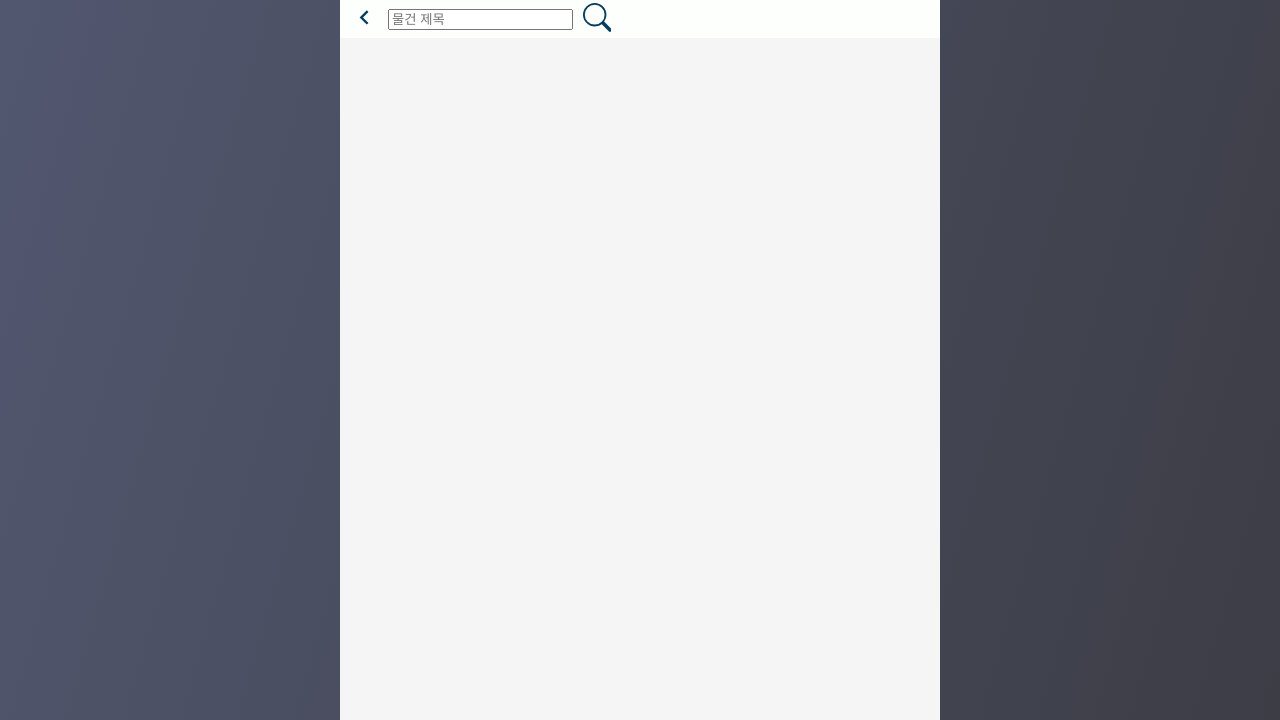
Repository: SeungYn/hanium
Page: /trade/search
An editor plug-in stored every save of this project. The page is shown before and after the next save, followed by the edit.
The browser window is 1280 px wide. The pictures show the whole page.
The project was rebuilt for these pictures with package versions that can differ from the ones it lists, and the page was loaded fresh each time. Also part of the build but not shown: src/App.css, src/components/Chat/ChatHeader/ChatHeader.module.css, src/components/Chat/ChatHeader/ChatHeader.jsx, src/components/Chat/ChatPeoples/ChatPeoples.jsx, src/components/Chat/ChatSideBar/ChatSideBar.module.css, src/components/Chat/ChatSideBar/ChatSideBar.jsx, src/components/ReadPopup/ReadPopup.module.css, src/components/ReadPopup/ReadPopup.jsx and 38 more.

Above is the page before, as saved 2022-11-21 20:20:03.

After the next save:
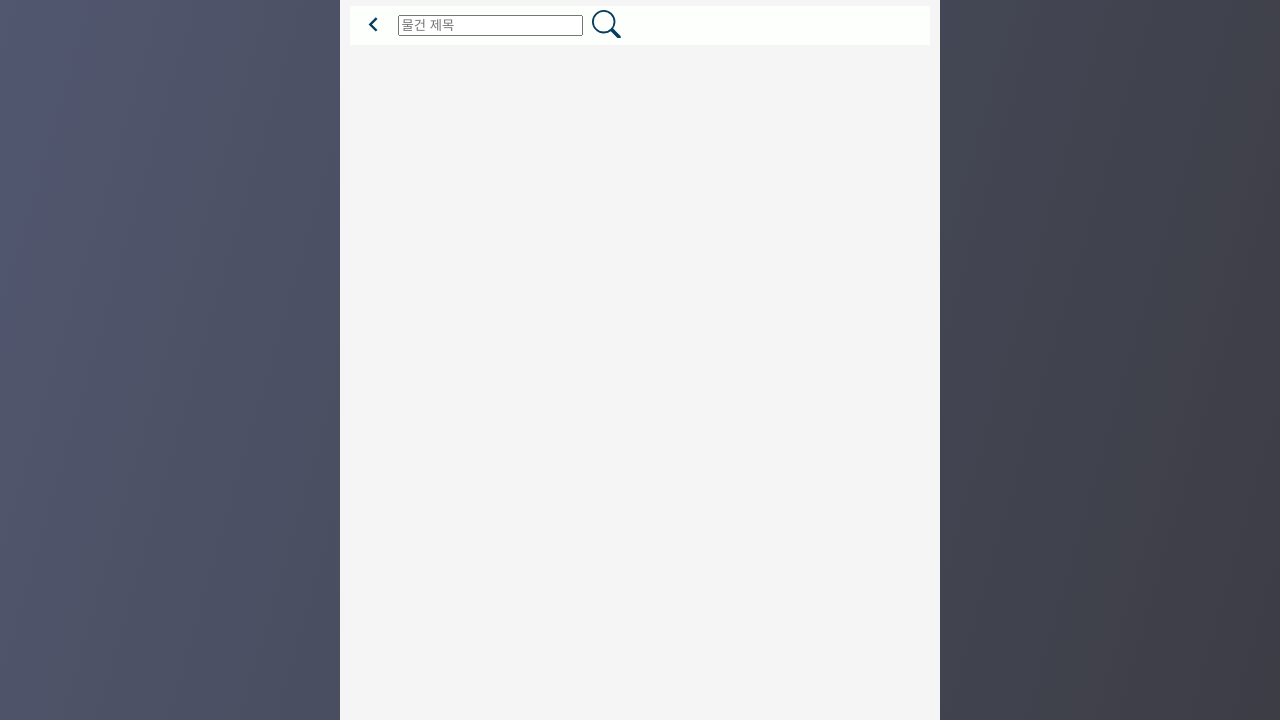
Saved 29 s later.
--- a/src/pages/TradeSearchPage/TradeSearchPage.module.css
+++ b/src/pages/TradeSearchPage/TradeSearchPage.module.css
@@ -2,5 +2,5 @@
   display: flex;
   align-items: center;
   background-color: var(--color-bg);
-  margin: 0.4rem var;
+  margin: 0.4rem 0.6rem;
 }
